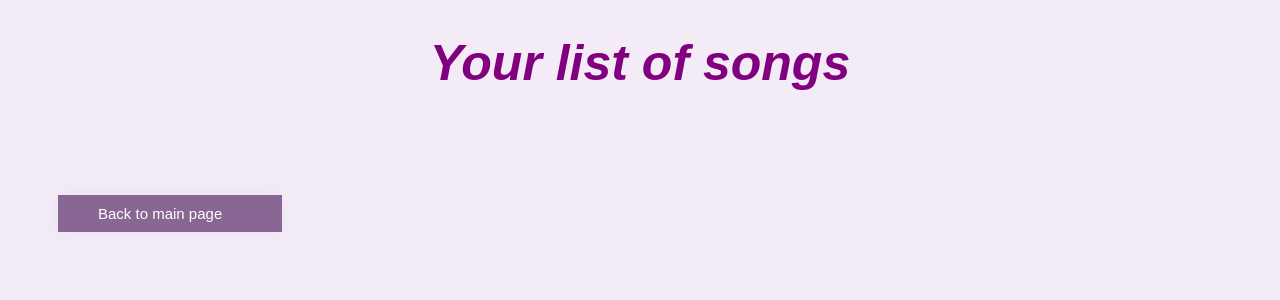
Repository: mariacostan/proiect_CC
Page: frontend/listOfSongs.html
The author's editor kept a record of every edit. The page is drawn from the files as they stood at one moment, then again after the next edit.
The browser window is 1280 px wide. The pictures show the whole page.
The page's requests for data from a server got no answer.

Above is the page before.

After the next edit:
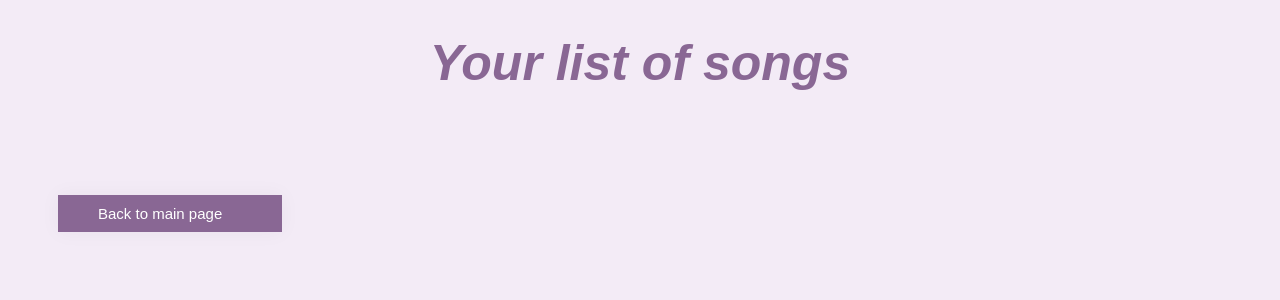
The edit:
--- a/frontend/listOfSongs.html
+++ b/frontend/listOfSongs.html
@@ -29,7 +29,7 @@
     }
     .titlu{
    font-size: 25px;
-   color: purple;
+   color: #896794;
    margin: 30px;
     }
     .btn{
